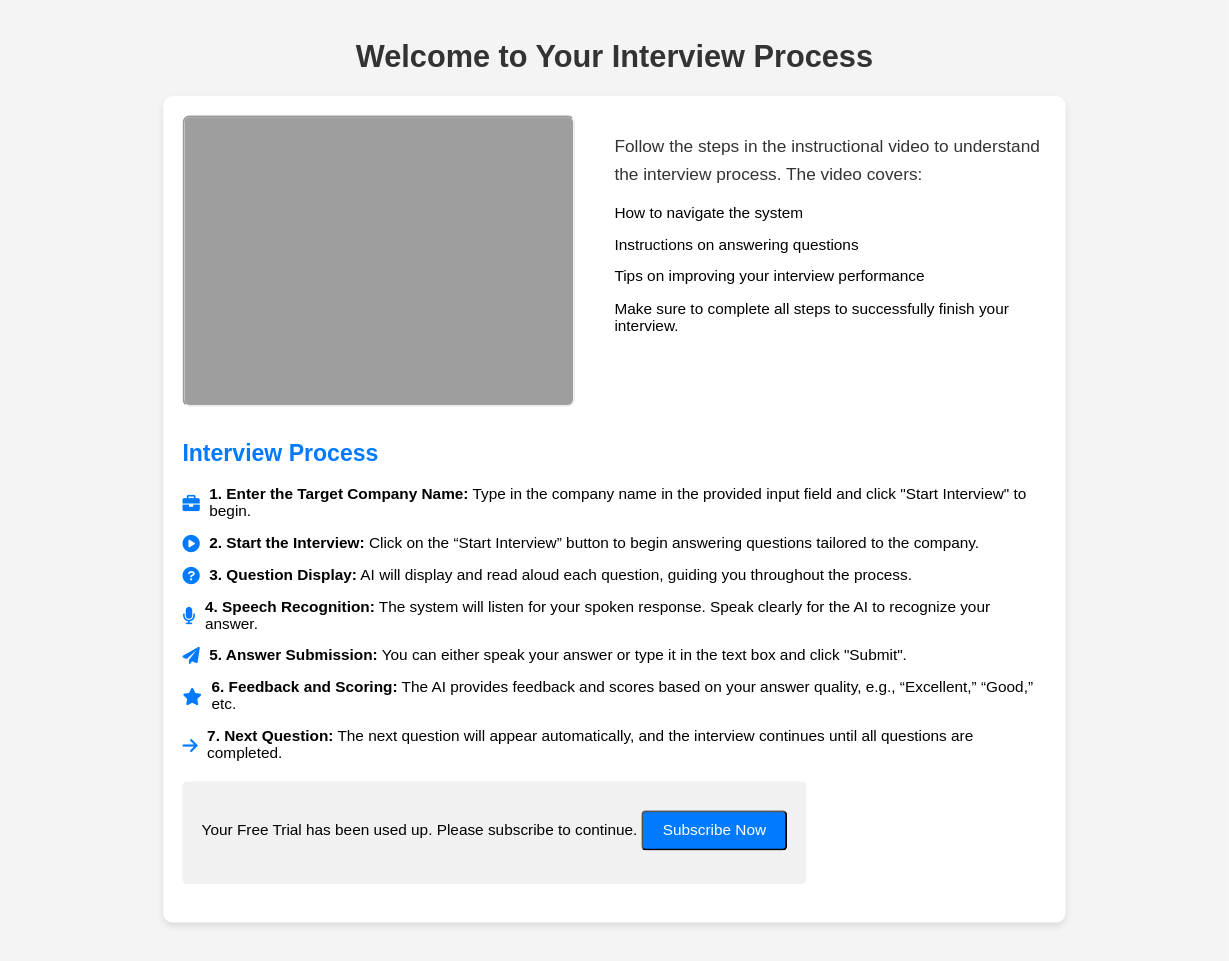
Repository: raushan22882917/Interview_platform
Page: templates/HR_Round/home.html
These files come from the project's save history. The page is drawn as it stood at one moment and after the next save; the edit follows.
The browser window is 1280 px wide. The pictures show the whole page, at 96% of full size.
Pictures or frames that could not be fetched are drawn as grey boxes. The page is served by the project's application, run on Flask 3 (temp_code.py). The template is opened directly, without the code that normally fills it, so the values that code supplies are empty.

Above is the page before, as saved 2024-12-01 15:30:32.

### Tech_Round/templates/HR_Round/home.html
<!DOCTYPE html>
<html lang="en">
<head>
    <meta charset="UTF-8">
    <meta name="viewport" content="width=device-width, initial-scale=1.0">
    <title>Dashboard</title>
    <link href="https://cdnjs.cloudflare.com/ajax/libs/font-awesome/6.0.0-beta3/css/all.min.css" rel="stylesheet">
    <style>
        body {
            font-family: Arial, sans-serif;
            background-color: #f4f4f4;
            margin: 0;
            padding: 20px;
        }

        h1 {
            text-align: center;
            color: #333;
        }

        .process-box {
            background-color: #fff;
            padding: 20px;
            margin: 20px auto;
            border-radius: 10px;
            box-shadow: 0 4px 8px rgba(0, 0, 0, 0.1);
            width: 80%;
            max-width: 900px;
        }

        .process-box h2 {
            color: #007bff;
            font-size: 24px;
            margin-bottom: 20px;
        }

        .process-box ul {
            list-style-type: none;
            padding-left: 0;
        }

        .process-box li {
            display: flex;
            align-items: center;
            margin-bottom: 15px;
            font-size: 16px;
        }

        .process-box li i {
            font-size: 18px;
            margin-right: 10px;
            color: #007bff;
        }

        .process-box li .step {
            flex-grow: 1;
        }

        .process-box li .step span {
            font-weight: bold;
        }

        .process-box .start-button,
        .process-box .submit-button,
        .process-box .next-button,
        .process-box .subscription-button {
            display: inline-block;
            margin-top: 10px;
            background-color: #007bff;
            color: #fff;
            padding: 10px 20px;
            font-size: 16px;
            border-radius: 5px;
            text-decoration: none;
            cursor: pointer;
            margin-bottom: 15px;
        }

        .process-box .start-button:hover,
        .process-box .submit-button:hover,
        .process-box .next-button:hover,
        .process-box .subscription-button:hover {
            background-color: #0056b3;
        }

        .process-box .button-container {
            display: flex;
            justify-content: space-between;
            margin-top: 20px;
        }

        .subscription-info {
            background-color: #f1f1f1;
            padding: 20px;
            border-radius: 5px;
            margin-bottom: 20px;
        }

        /* Flexbox layout for video and text section */
        .instruction-container {
            display: flex;
            justify-content: space-between;
            margin-bottom: 30px;
        }

        .instruction-container .video {
            width: 45%;
            padding-right: 20px;
        }

        .instruction-container .text {
            width: 50%;
        }

        .instruction-container iframe {
            width: 100%;
            height: 300px;
            border-radius: 8px;
        }

        .instruction-container .text p {
            font-size: 18px;
            line-height: 1.6;
            color: #333;
        }
    </style>
</head>
<body>
    <h1>Welcome to Your Interview Process</h1>

    <div class="process-box">
        <!-- Subscription Status Section -->


        <!-- Instruction Video and Text -->
        <div class="instruction-container">
            <!-- Video Section -->
            <div class="video">
                <iframe src="https://www.youtube.com/embed/VIDEO_ID" title="Instructional Video" allowfullscreen></iframe>
            </div>
            <!-- Text Section -->
            <div class="text">
                <p>
                    Follow the steps in the instructional video to understand the interview process. The video covers:
                    <ul>
                        <li>How to navigate the system</li>
                        <li>Instructions on answering questions</li>
                        <li>Tips on improving your interview performance</li>
                    </ul>
                    Make sure to complete all steps to successfully finish your interview.
                </p>
            </div>
        </div>

        <h2>Interview Process</h2>
        <ul>
            <li><i class="fas fa-briefcase"></i><div class="step"><span>1. Enter the Target Company Name:</span> Type in the company name in the provided input field and click "Start Interview" to begin.</div></li>
            <li><i class="fas fa-play-circle"></i><div class="step"><span>2. Start the Interview:</span> Click on the “Start Interview” button to begin answering questions tailored to the company.</div></li>
            <li><i class="fas fa-question-circle"></i><div class="step"><span>3. Question Display:</span> AI will display and read aloud each question, guiding you throughout the process.</div></li>
            <li><i class="fas fa-microphone"></i><div class="step"><span>4. Speech Recognition:</span> The system will listen for your spoken response. Speak clearly for the AI to recognize your answer.</div></li>
            <li><i class="fas fa-paper-plane"></i><div class="step"><span>5. Answer Submission:</span> You can either speak your answer or type it in the text box and click "Submit".</div></li>
            <li><i class="fas fa-star"></i><div class="step"><span>6. Feedback and Scoring:</span> The AI provides feedback and scores based on your answer quality, e.g., “Excellent,” “Good,” etc.</div></li>
            <li><i class="fas fa-arrow-right"></i><div class="step"><span>7. Next Question:</span> The next question will appear automatically, and the interview continues until all questions are completed.</div></li>
        </ul>

        <!-- Action buttons section -->
        <div class="button-container">
            <div class="subscription-info">
                {% if button_message == "Start" %}
                    You have an active subscription. You have {{ remaining_days }} days left.
                    <button onclick="window.location.href='/hr_index'" class="subscription-button">Start Interview</button>
                {% elif button_message == "Renew Subscription" %}
                    Your subscription has expired. Please renew it.
                    <button onclick="window.location.href='/subscribe'" class="subscription-button">Renew Subscription</button>
                {% elif button_message == "Free Trial: 2 Uses Left" %}
                    You have used your free trial. You have 2 uses left.
                    <button onclick="window.location.href='/hr_index'" class="subscription-button">Free Trial</button>
                {% else %}
                    Your Free Trial has been used up. Please subscribe to continue.
                    <button onclick="window.location.href='/subscribe'" class="subscription-button">Subscribe Now</button>
                {% endif %}
            </div>
        </div>
    </div>
</body>
</html>

### Tech_Round/temp_code.py
from flask import Flask, render_template, jsonify, request
import paypalrestsdk

app = Flask(__name__)

paypalrestsdk.configure({
  "mode": "sandbox", # sandbox or live
  "client_id": "AVl3kW1ZH4Tq8HG34uKdfAmQHmoLnx7eYiYrELvytySETUfm9r4vFdzNd43T8vUbhIgAhUYPCcpXl4UC",
  "client_secret": "EPLaNfxteaTDI8TE2cvG_GdTjoUi3uZW0_03Fl7-uX1ggAcUGZGeigEXv7iX4YTc-QdWwla979VcUcmu" })

@app.route('/')
def index():
    return render_template('HR_Round/pay.html')

@app.route('/payment', methods=['POST'])
def payment():

    payment = paypalrestsdk.Payment({
        "intent": "sale",
        "payer": {
            "payment_method": "paypal"},
        "redirect_urls": {
            "return_url": "http://localhost:3000/payment/execute",
            "cancel_url": "http://localhost:3000/"},
        "transactions": [{
            "item_list": {
                "items": [{
                    "name": "testitem",
                    "sku": "12345",
                    "price": "500.00",
                    "currency": "USD",
                    "quantity": 1}]},
            "amount": {
                "total": "500.00",
                "currency": "USD"},
            "description": "This is the payment transaction description."}]})

    if payment.create():
        print('Payment success!')
    else:
        print(payment.error)

    return jsonify({'paymentID' : payment.id})

@app.route('/execute', methods=['POST'])
def execute():
    success = False

    payment = paypalrestsdk.Payment.find(request.form['paymentID'])

    if payment.execute({'payer_id' : request.form['payerID']}):
        print('Execute success!')
        success = True
    else:
        print(payment.error)

    return jsonify({'success' : success})

if __name__ == '__main__':
    app.run(debug=True)

After the next save:
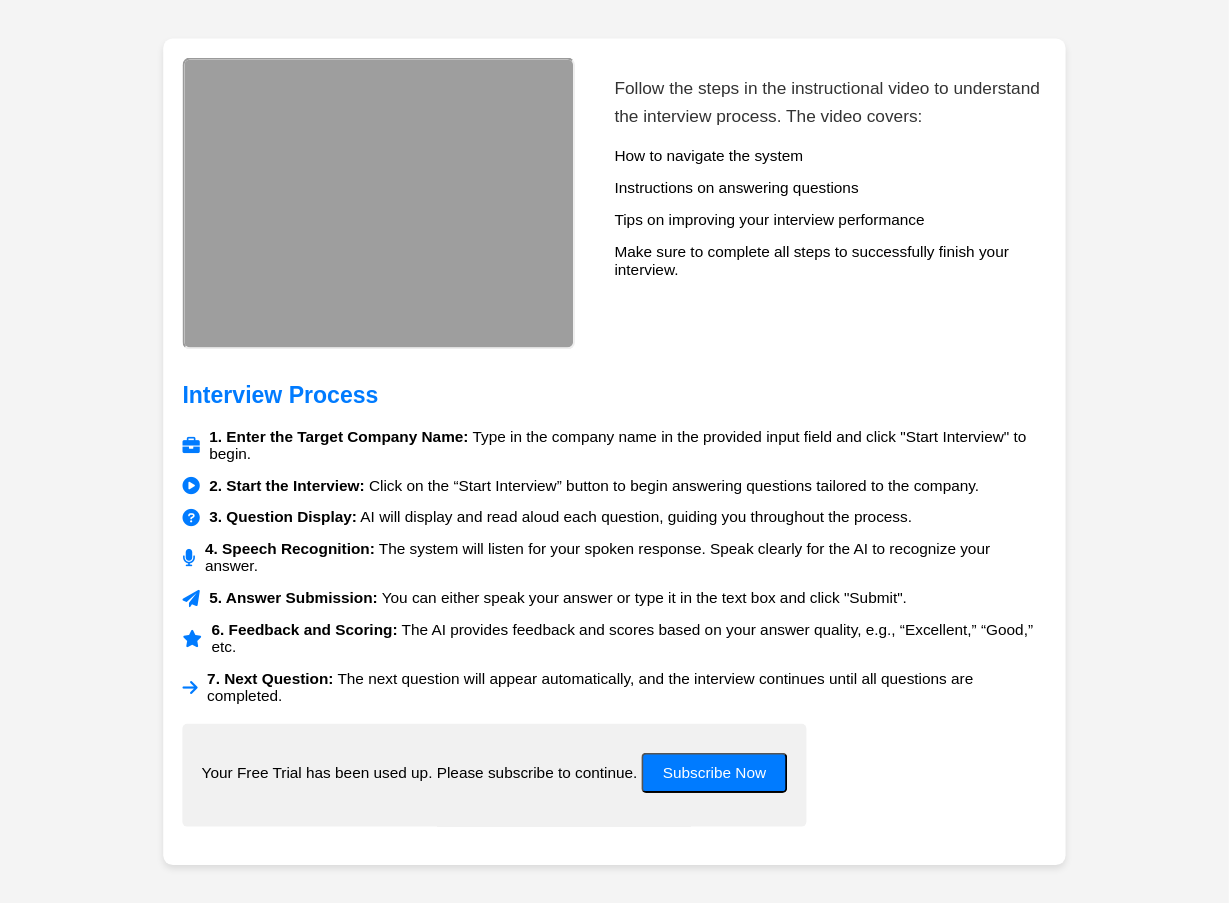
Saved 20 s later.
--- a/Tech_Round/templates/HR_Round/home.html
+++ b/Tech_Round/templates/HR_Round/home.html
@@ -126,8 +126,6 @@
     </style>
 </head>
 <body>
-    <h1>Welcome to Your Interview Process</h1>
-
     <div class="process-box">
         <!-- Subscription Status Section -->
 
